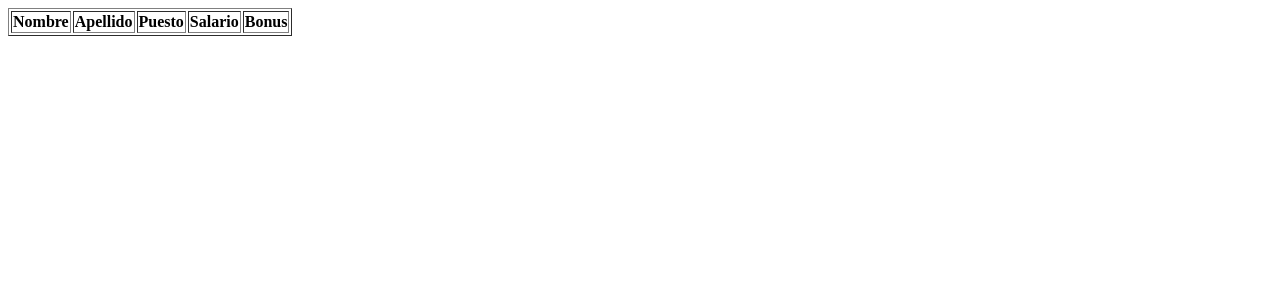
Repository: jchemile/varios
Page: http://localhost/Primeros_pasos_JSP/RecorreEmpleados.jsp
These files come from the project's save history. The page is drawn as it stood at one moment and after the next save; the edit follows.
The browser window is 1280 px wide. The pictures show the whole page.
The page is served by Tomcat 9. Queries for data that is not in the repository find no rows.

Above is the page before, as saved 2020-04-24 23:44:54.

After the next save:
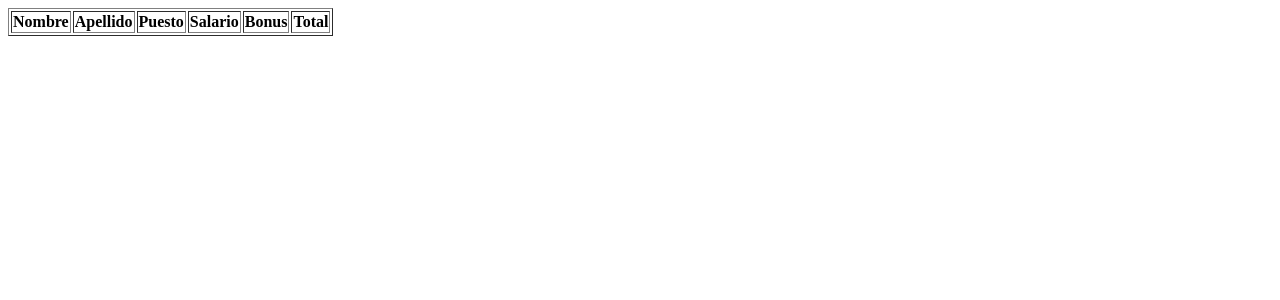
Saved 84 s later.
--- a/pildoras_informaticas/javaee/Primeros_pasos_JSP/WebContent/RecorreEmpleados.jsp
+++ b/pildoras_informaticas/javaee/Primeros_pasos_JSP/WebContent/RecorreEmpleados.jsp
@@ -53,7 +53,7 @@
 	<table border="1">
 
 		<tr class="cabecera">
-			<td>Nombre</td><td>Apellido</td><td>Puesto</td><td>Salario</td><td>Bonus</td>
+			<td>Nombre</td><td>Apellido</td><td>Puesto</td><td>Salario</td><td>Bonus</td><td>Total</td>
 		</tr>
 
 	<c:forEach var="EmpTemp" items="${losEmpleados}">
